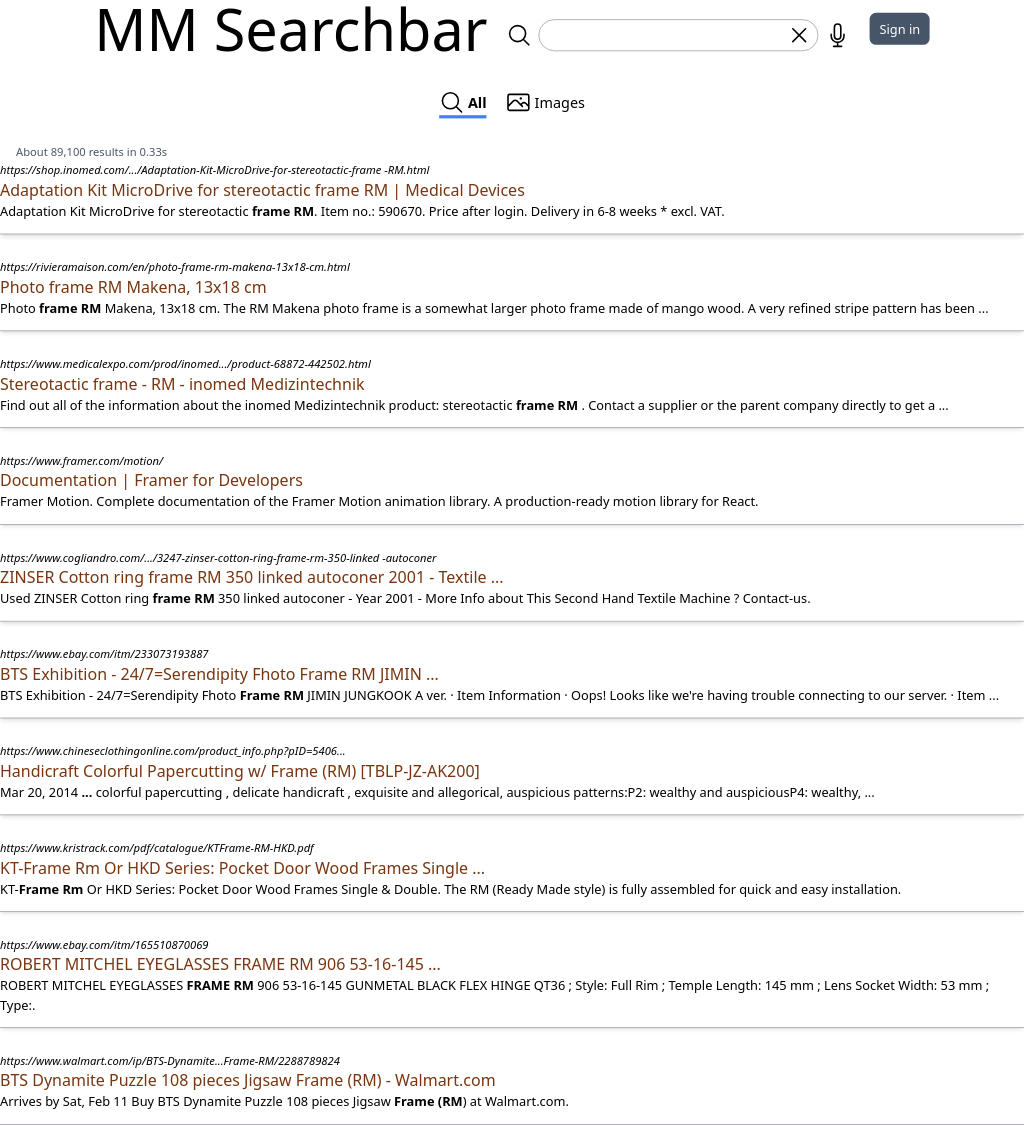
Repository: michalmilek/minigoogle
Page: /search
These files come from the project's save history. The page is drawn as it stood at one moment and after the next save; the edit follows.
The browser window is 1280 px wide. The pictures show the whole page, at 80% of full size.
The page's requests for data from a server got no answer. The project was rebuilt for these pictures with package versions that can differ from the ones it lists, and the page was loaded fresh each time. The framework's server and built-in components were replaced by stand-ins that run in the browser. No one was signed in, and anything a server would have sent is missing. Also part of the build but not shown: next.config.js, Response.ts.

Above is the page before, as saved 2023-02-14 02:03:14.

### pages/_app.tsx
import '@/styles/globals.css'
import type { AppProps } from 'next/app'
import { SessionProvider } from "next-auth/react";

export default function App({ Component, pageProps }: AppProps) {
  return (
    <SessionProvider
      // Provider options are not required but can be useful in situations where
      // you have a short session maxAge time. Shown here with default values.
      session={pageProps.session}>
      <Component {...pageProps} />
    </SessionProvider>
  );
}

### pages/search.tsx
import SearchHeader from "@/components/SearchHeader";
import Head from "next/head";
import React from "react";
import SearchOptions from "@/components/SearchOptions";
import { GetServerSideProps } from "next";
import Response from "@/Response";
import SearchResults from "@/components/SearchResults";
import { useRouter } from "next/router";

const search = ({ results }: any) => {
  console.log(results);
  const router = useRouter();
  return (
    <div className="flex flex-col">
      <Head>
        <title>Search page</title>
        <meta
          name="description"
          content="Generated by create next app"
        />
        <meta
          name="viewport"
          content="width=device-width, initial-scale=1"
        />
        <link
          rel="icon"
          href="/favicon.ico"
        />
      </Head>

      <SearchHeader />
      <SearchOptions />
      <SearchResults results={results} />
    </div>
  );
};

export default search;

export async function getServerSideProps(ctx: any) {
  const mockData = true;
  const data = mockData
    ? Response
    : await fetch(
        `https://www.googleapis.com/customsearch/v1?key=${
          process.env.NEXT_PUBLIC_GOOGLE_API_KEY
        }&cx=${process.env.NEXT_PUBLIC_CONTEXT_KEY}&q=${ctx.query.term}${
          ctx.query.searchType === "image" ? "&searchType=image" : ""
        }`
      ).then((response) => response.json());

  return {
    props: {
      results: data,
    },
  };
}

### components/SearchHeader.tsx
import React, { FormEvent, useRef } from "react";
import {
  MagnifyingGlassIcon,
  MicrophoneIcon,
  XMarkIcon,
} from "@heroicons/react/24/outline";
import { useRouter } from "next/router";
import User from "./User";

const SearchHeader = () => {
  const router = useRouter();
  const inputSearchRef = useRef<HTMLInputElement>(null);

  const clearInput = () => {
    inputSearchRef.current!.value = "";
  };

  const search = (e: FormEvent) => {
    e.preventDefault();
    const term = inputSearchRef.current?.value;
    if (!term?.trim()) return;
    router.push(`/search?term=${term.trim()}&searchType=`);
  };

  return (
    <header className="sticky top-0 left-0 bg-white flex flex-row py-auto items-center justify-center gap-6 px-2 md:px-0">
      <h1 className="text-3xl lg:text-7xl">MM Searchbar</h1>
      <form
        onSubmit={search}
        className="flex items-center justify-center mt-4">
        <div className="flex flex-grow flex-shrink gap-2 items-center justify-center">
          <button type="submit">
            <MagnifyingGlassIcon className="h-8 cursor-pointer" />
          </button>
          <div className="relative flex justify-center items-center w-[90%] md:w-[350px]">
            <input
              type="text"
              defaultValue={router.query.term}
              ref={inputSearchRef}
              className="border transition-all outline-none ring-0 focus:drop-shadow-2xl  text-base w-[100%] h-[100%] px-4 py-2 border-gray-400 rounded-full"
            />
            <XMarkIcon
              onClick={() => clearInput()}
              className="cursor-pointer h-8 absolute top-[50%] right-2 translate-y-[-50%]"
            />
          </div>
          <MicrophoneIcon className="h-8 cursor-pointer" />
        </div>
      </form>
      <User />
    </header>
  );
};

export default SearchHeader;

### components/SearchOptions.tsx
import React, { useState } from "react";
import SearchOption from "./SearchOption";
import { MagnifyingGlassIcon, PhotoIcon } from "@heroicons/react/24/outline";
import { useRouter } from "next/router";

const SearchOptions = () => {
  const router = useRouter();
  const [selected, setSelected] = useState("All");
  return (
    <div className="flex gap-6 select-none w-full justify-center mt-10">
      <SearchOption
        title="All"
        Icon={MagnifyingGlassIcon}
        selected={selected}
        setSelected={setSelected}
      />
      <SearchOption
        title="Images"
        Icon={PhotoIcon}
        selected={selected}
        setSelected={setSelected}
      />
    </div>
  );
};

export default SearchOptions;

### components/SearchResults.tsx
import React from "react";
import Parser from "html-react-parser";

const SearchResults = ({ results }: any) => {
  return (
    <div className="w-screen mt-8">
      <p className="text-gray-600 text-sm pl-5">
        About {results.searchInformation.formattedTotalResults} results in{" "}
        {results.searchInformation.formattedSearchTime}s
      </p>
      <div className="flex flex-col gap-7">
        {results.items.map((result): any => (
          <div
            key={result.link}
            className="border-b pb-4 border-gray-400 shadow-md">
            <div className="group">
              <a
                className="truncate text-sm italic"
                href={result.link}>
                {result.formattedUrl}
              </a>
              <a href={result.link}>
                <h2 className="group-hover:underline truncate text-xl font-medium text-amber-900 decoration-amber-900">
                  {result.title}
                </h2>
              </a>
            </div>
            <p>{Parser(result.htmlSnippet)}</p>
          </div>
        ))}
      </div>
    </div>
  );
};

export default SearchResults;

### components/User.tsx
import React from "react";
import { useSession, signIn, signOut } from "next-auth/react";

const User = () => {
  const { data: session } = useSession();
  return (
    <>
      {session ? (
        <img
          onClick={() => signOut()}
          src={session.user?.image!}
          alt={session.user?.name!}
          className="h-[50px] w-[50px] object-cover rounded-full"
        />
      ) : (
        <button
          className="bg-slate-600 text-white px-3 py-2 rounded-lg"
          onClick={() => signIn()}>
          Sign in
        </button>
      )}
    </>
  );
};

export default User;

### components/SearchOption.tsx
import { type } from "os";
import React, {
  Dispatch,
  ForwardRefExoticComponent,
  SetStateAction,
  SVGProps,
  useRef,
} from "react";
import { MagnifyingGlassIcon, PhotoIcon } from "@heroicons/react/24/outline";
import { useRouter } from "next/router";

type props = {
  title: string;
  Icon: React.ForwardRefExoticComponent<
    React.SVGProps<SVGSVGElement> & {
      title?: string | undefined;
      titleId?: string | undefined;
    }
  >;
  selected: string;
  setSelected: Dispatch<SetStateAction<string>>;
};

const SearchOption = ({ title, Icon, selected, setSelected }: props) => {
  const router = useRouter();
  const divRef = useRef<HTMLDivElement>(null);

  const selectTab = (title: any) => {
    if (title === "All") {
      setSelected("All");
      router.push(`/search?term=${router.query.term}&type=all`);
    }
    if (title === "Images") {
      router.push(`/search?term=${router.query.term}&type=image`);
      setSelected("Images");
    }
  };
  return (
    <div
      onClick={() => selectTab(title)}
      ref={divRef}
      className={`flex flex-col md:flex-row ${
        selected === title
          ? "border-b-blue-500 font-bold"
          : "border-b-transparent"
      } transition-all border-b-4 md:gap-1 items-center justify-center`}>
      <Icon className="h-5 md:h-8" />
      <p className="md:text-lg">{title}</p>
    </div>
  );
};

export default SearchOption;

Loaded but not shown: pages/_document.tsx (common file); styles/globals.css (common file); tailwind.config.js (common file)

After the next save:
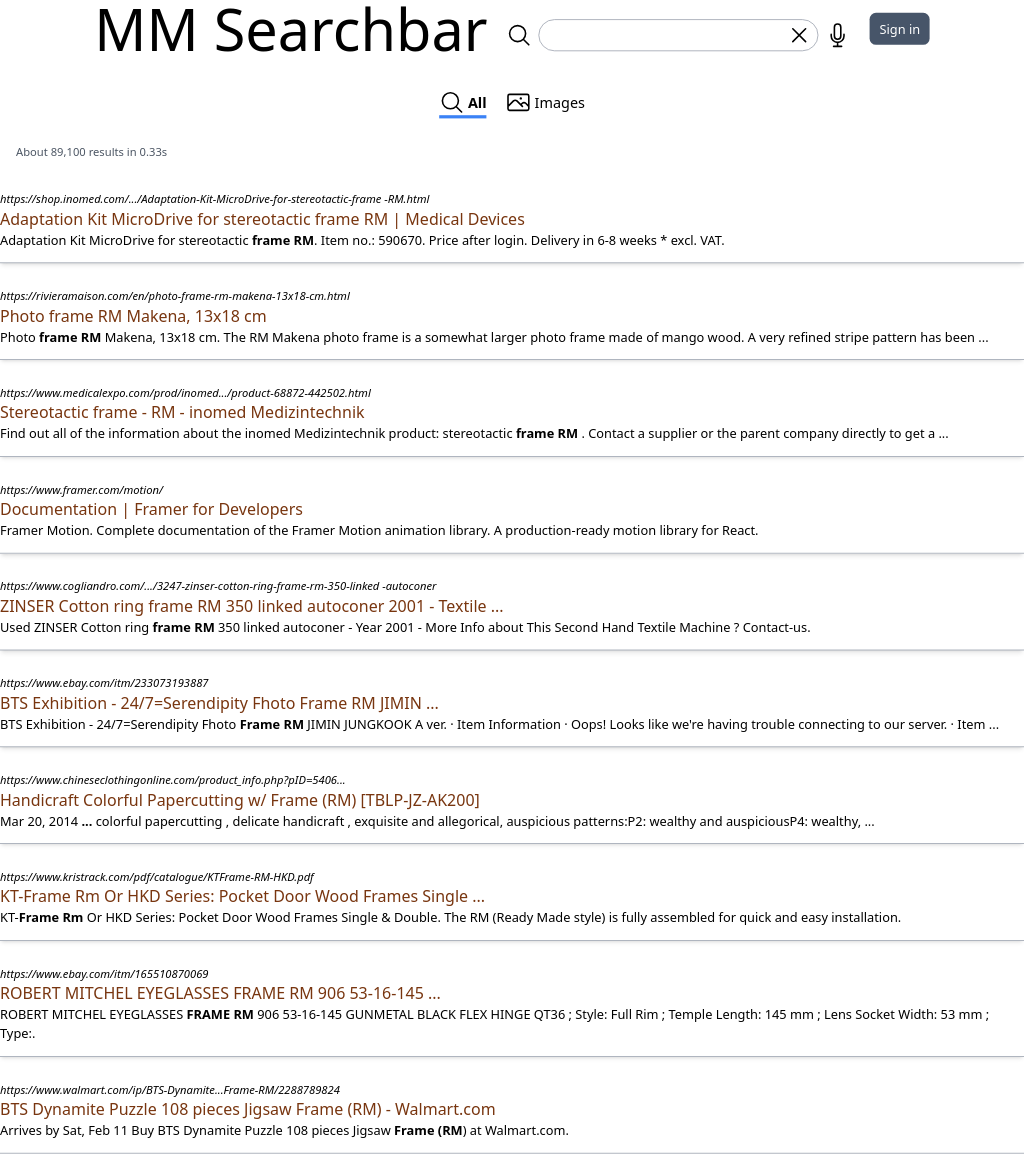
Saved 10 s later.
--- a/components/SearchResults.tsx
+++ b/components/SearchResults.tsx
@@ -4,7 +4,7 @@
 const SearchResults = ({ results }: any) => {
   return (
     <div className="w-screen mt-8">
-      <p className="text-gray-600 text-sm pl-5">
+      <p className="text-gray-600 text-sm pl-5 mb-9">
         About {results.searchInformation.formattedTotalResults} results in{" "}
         {results.searchInformation.formattedSearchTime}s
       </p>
